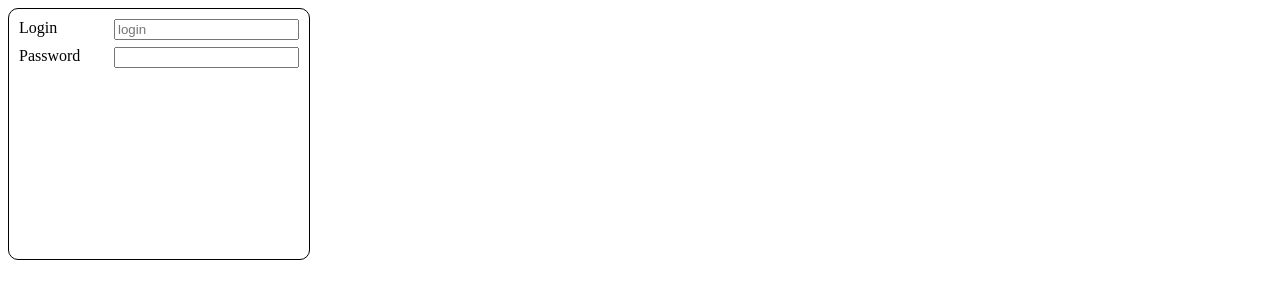
Repository: maxchv/JavaLessons
Page: http://localhost/LibraryProject/
The author's editor kept a copy of each file at every save. The page is drawn from the files as they stood at one save, then again after the next save.
The browser window is 1280 px wide. The pictures show the whole page.
The page is served by Tomcat 9.

Above is the page before, as saved 2016-04-18 15:33:08.

### Lesson19/workspace/LibraryProject/WebContent/index.jsp
<%@ page language="java" contentType="text/html; charset=UTF-8"
    pageEncoding="UTF-8"%>
<!DOCTYPE html>
<html>
<head>
<meta charset="utf-8">
<title>Библиотека</title>
<link rel="stylesheet" href="css/style.css" />
</head>
<body>

<form id="login" action="login" method="post">
	<label>
		Login
		<input type="text" placeholder="login" name="login" />
	</label>
	<label>
		Password
		<input type="password" name="password" />
	</label>
</form>

</body>
</html>

### Lesson19/workspace/LibraryProject/WebContent/css/style.css
@CHARSET "UTF-8";
#login {
	width: 300px;
	height: 250px;
	border: 1px solid black;
	border-radius: 10px;
}
#login > label {
	display: block;
	margin: 10px;
}

#login > label > input {
	display: block;
	float: right;
}

After the next save:
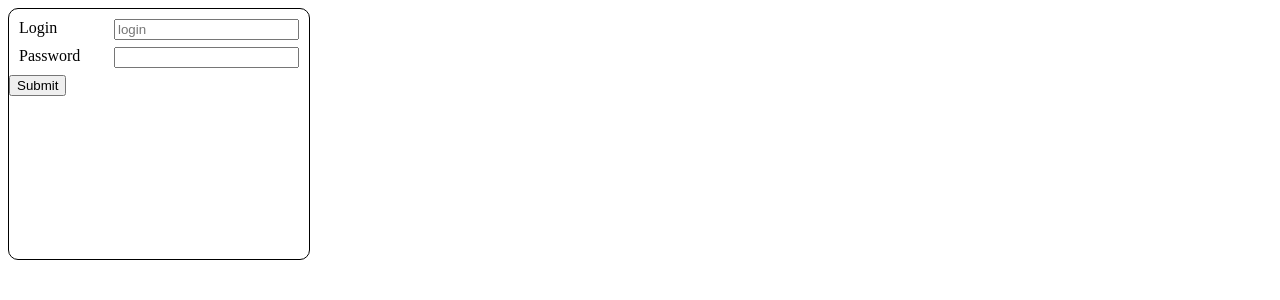
Saved 41 s later.
--- a/Lesson19/workspace/LibraryProject/WebContent/index.jsp
+++ b/Lesson19/workspace/LibraryProject/WebContent/index.jsp
@@ -18,6 +18,7 @@
 		Password
 		<input type="password" name="password" />
 	</label>
+	<input type="submit" />
 </form>
 
 </body>
